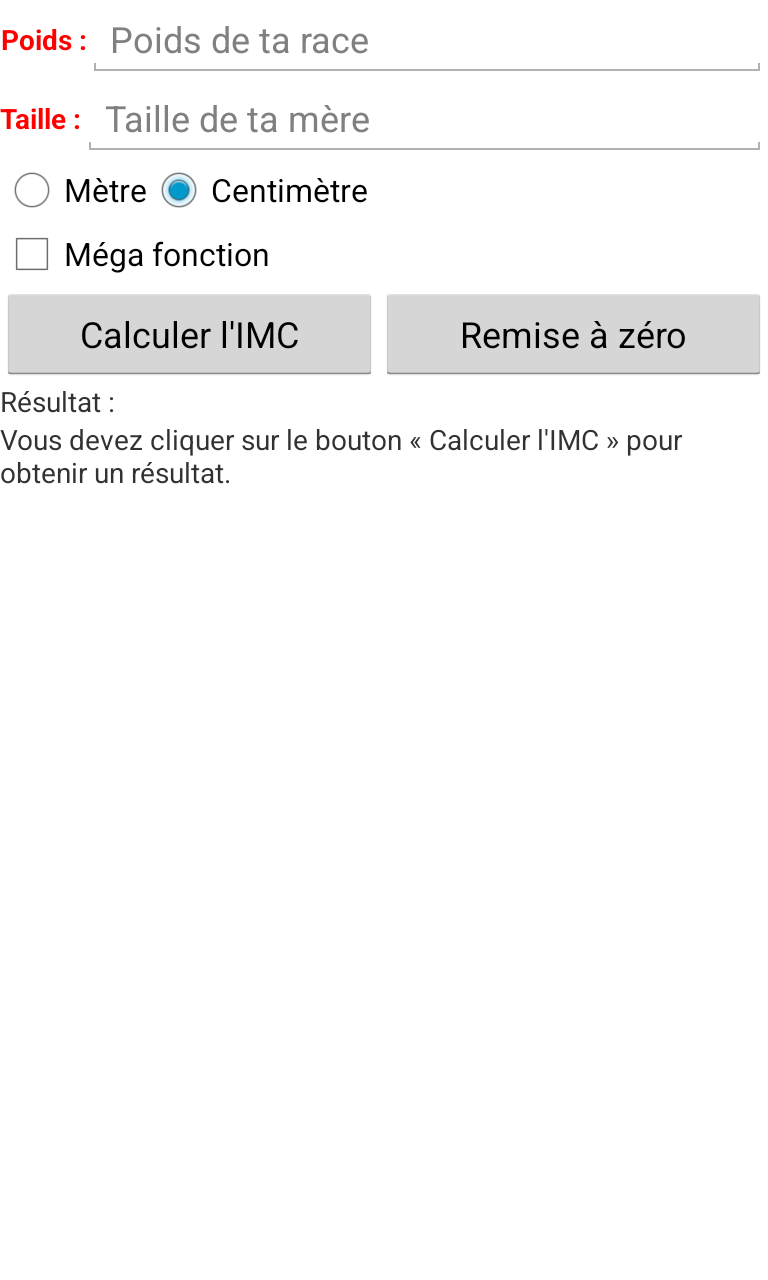
Repository: BlackyFox/PST4-NFC
Layout: Antoine/App_test/res/layout/activity_main.xml
These files come from the project's save history. The layout is drawn as it stood at one moment and after the next save; the edit follows.
It is drawn on a 768 x 1280 px phone screen (xhdpi) without system bars, with theme AppTheme; the app's code is not run.

Above is the layout before, as saved 2014-11-03 15:04:01.

### Antoine/App_test/res/layout/activity_main.xml
<?xml version="1.0" encoding="utf-8"?>
<LinearLayout xmlns:android="http://schemas.android.com/apk/res/android"
  android:layout_width="fill_parent"
  android:layout_height="fill_parent"
  android:orientation="vertical">
  <LinearLayout
      android:layout_width="fill_parent"
      android:layout_height="wrap_content"
      android:orientation="horizontal">

      <TextView
          android:layout_width="wrap_content"
          android:layout_height="fill_parent"
          android:text="@string/poids"
          android:textStyle="bold"
          android:textColor="#FF0000"
          android:gravity="center"/>
      <EditText
          android:id="@+id/poids"
          android:layout_width="fill_parent"
          android:layout_height="wrap_content"
          android:hint="@string/hint_poids"
          android:inputType="numberDecimal"/>
  </LinearLayout>

    <LinearLayout
      android:layout_width="fill_parent"
      android:layout_height="wrap_content"
      android:orientation="horizontal">

        <TextView
          android:layout_width="wrap_content"
          android:layout_height="fill_parent"
          android:text="@string/taille"
          android:textStyle="bold"
          android:textColor="#FF0000"
          android:gravity="center"/>
        <EditText
          android:id="@+id/taille"
          android:layout_width="fill_parent"
          android:layout_height="wrap_content"
          android:hint="@string/hint_taille"
          android:inputType="numberDecimal"/>
    </LinearLayout>

  <RadioGroup
    android:id="@+id/group"
    android:layout_width="wrap_content"
    android:layout_height="wrap_content"
    android:checkedButton="@+id/radio2"
    android:orientation="horizontal"
  >
    <RadioButton
      android:id="@+id/radio1"
      android:layout_width="wrap_content"
      android:layout_height="wrap_content"
      android:text="@string/m"
    />
    <RadioButton
      android:id="@+id/radio2"
      android:layout_width="wrap_content"
      android:layout_height="wrap_content"
      android:text="@string/cm"
    />
  </RadioGroup>
  <CheckBox
    android:id="@+id/mega"
    android:layout_width="wrap_content"
    android:layout_height="wrap_content"
    android:text="@string/mega"
  />
  <LinearLayout
      android:layout_width="fill_parent"
      android:layout_height="wrap_content"
      android:orientation="horizontal">

      <Button
          android:id="@+id/calcul"
          android:layout_width="wrap_content"
          android:layout_height="wrap_content"
          android:text="@string/calcul"
          android:layout_weight="1"/>
      <Button
          android:id="@+id/raz"
          android:layout_width="wrap_content"
          android:layout_height="wrap_content"
          android:text="@string/raz"
          android:layout_weight="1"/>
  </LinearLayout>

  <TextView
    android:layout_width="wrap_content"
    android:layout_height="wrap_content"
    android:text="@string/resultat"
  />
  <TextView
    android:id="@+id/result"
    android:layout_width="fill_parent"
    android:layout_height="fill_parent"
    android:text="@string/result"
  />
</LinearLayout>

### Antoine/App_test/res/values/strings.xml
<?xml version="1.0" encoding="utf-8"?>
<resources>

    <string name="app_name">App_test</string>
    <string name="hello_world">Hello world!</string>
    <string name="action_settings">Settings</string>
    <string name="poids">Poids :</string>
    <string name="hint_poids">Poids de ta race</string>
    <string name="result">Vous devez cliquer sur le bouton « Calculer l\'IMC » pour obtenir un résultat.</string>
    <string name="resultat">Résultat : </string>
    <string name="raz">Remise à zéro</string>
    <string name="calcul">Calculer l\'IMC</string>
    <string name="mega">Méga fonction</string>
    <string name="cm">Centimètre</string>
    <string name="m">Mètre</string>
    <string name="taille">Taille :</string>
    <string name="hint_taille">Taille de ta mère</string>

</resources>

Loaded but not shown: Antoine/App_test/res/values/styles.xml (common file); Antoine/App_test/res/values-v11/styles.xml (common file); Antoine/App_test/res/values-v14/styles.xml (common file)

After the next save:
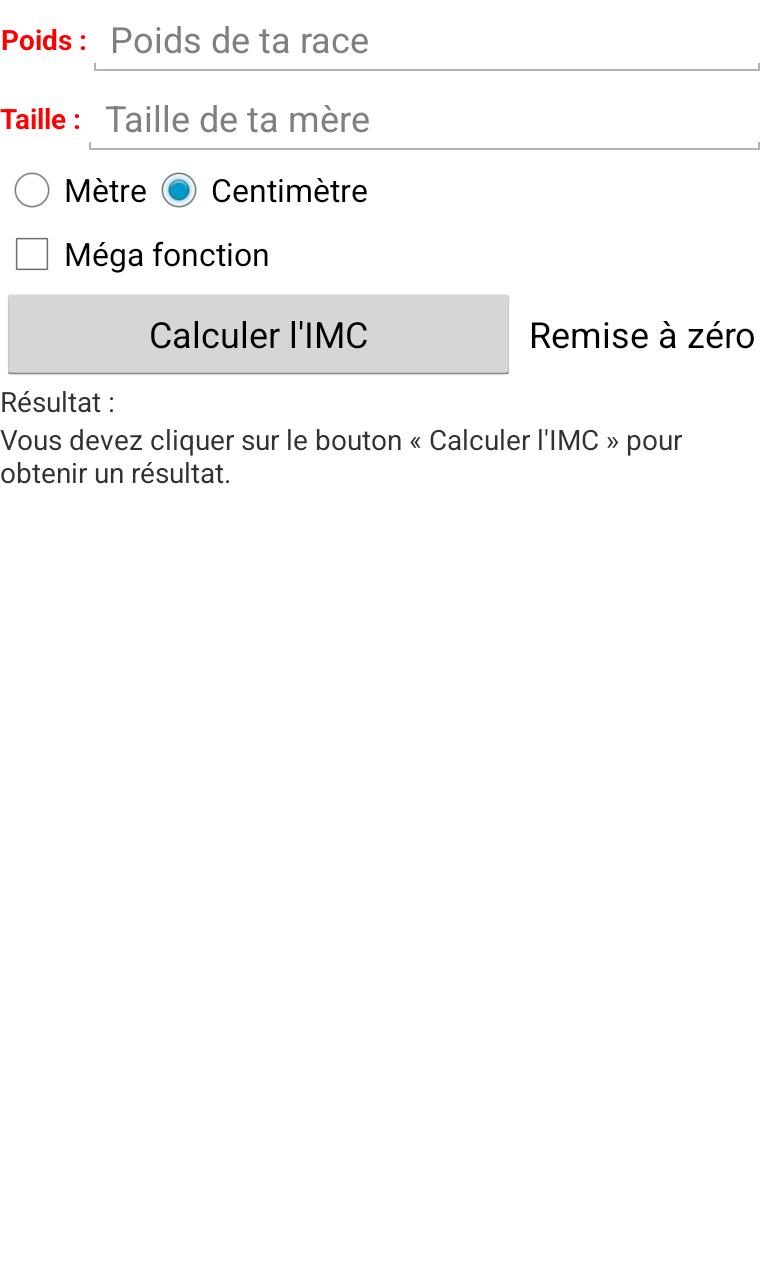
Saved 31 min 41 s later.
--- a/Antoine/App_test/res/layout/activity_main.xml
+++ b/Antoine/App_test/res/layout/activity_main.xml
@@ -82,10 +82,11 @@
           android:layout_weight="1"/>
       <Button
           android:id="@+id/raz"
-          android:layout_width="wrap_content"
+          android:layout_width="wèrap_content"
           android:layout_height="wrap_content"
           android:text="@string/raz"
-          android:layout_weight="1"/>
+          android:layout_weight="1"
+          android:background="?android:attr/selectableItemBackground"/>
   </LinearLayout>
 
   <TextView
